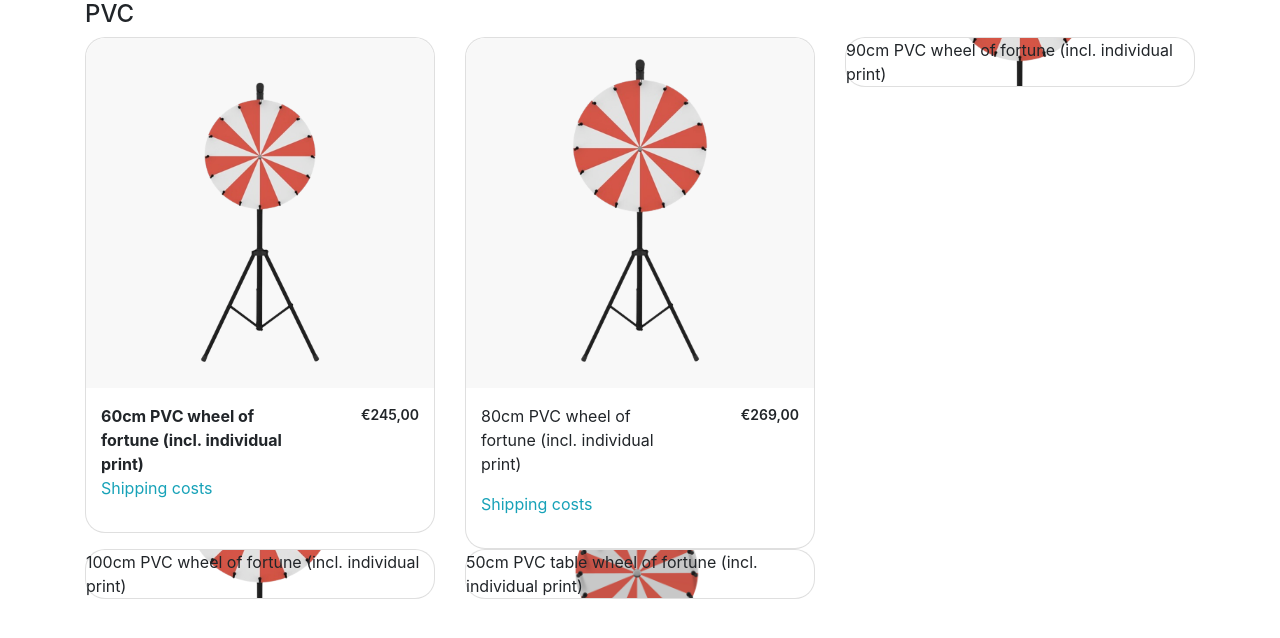
Repository: Awaisp-irfan/fahad-project
Page: pvc.html
An editor plug-in stored every save of this project. The page is shown before and after the next save, followed by the edit.
The browser window is 1280 px wide. The pictures show the whole page.

Above is the page before, as saved 2022-06-30 09:29:06.

After the next save:
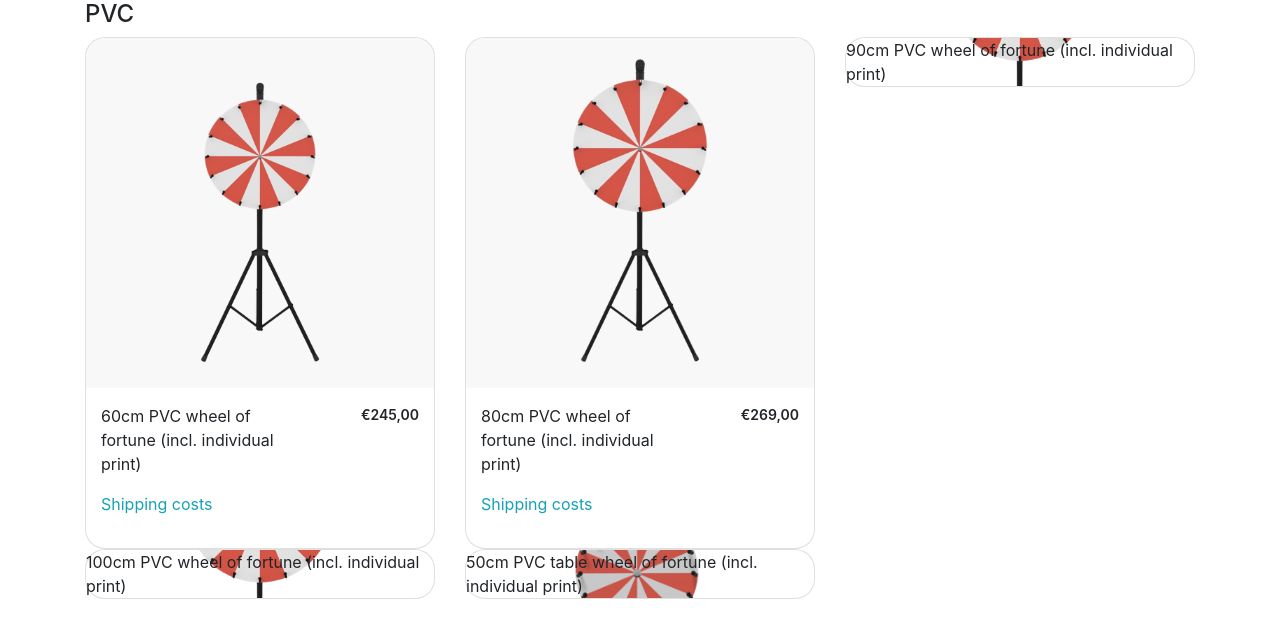
Saved 40 s later.
--- a/style.css
+++ b/style.css
@@ -86,7 +86,7 @@
     border-radius: 20px;
 }
 
-.cm60-title{
+.title{
     font-weight: bold;
     font-size: 16px;
     margin: 0;
